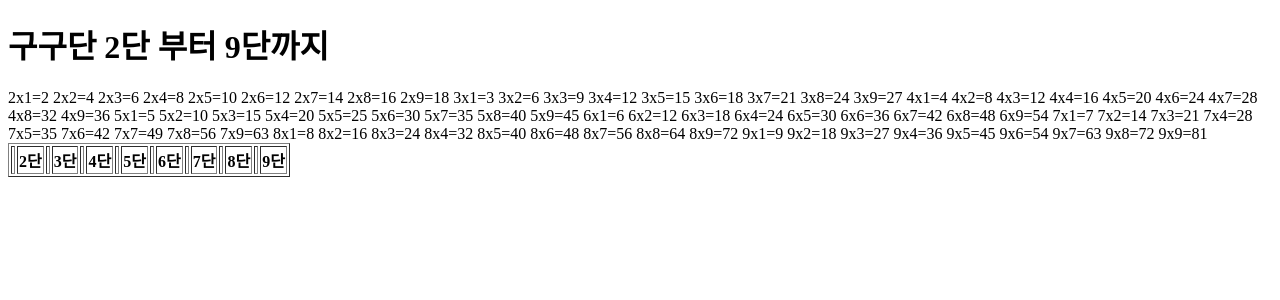
Repository: hyeongu135-ui/Jsp2026
Page: http://localhost/chapter01/test02.jsp
An editor plug-in stored every save of this project. The page is shown before and after the next save, followed by the edit.
The browser window is 1280 px wide. The pictures show the whole page.
The page is served by Tomcat 9.

Above is the page before, as saved 2026-10-16 04:27:10.

After the next save:
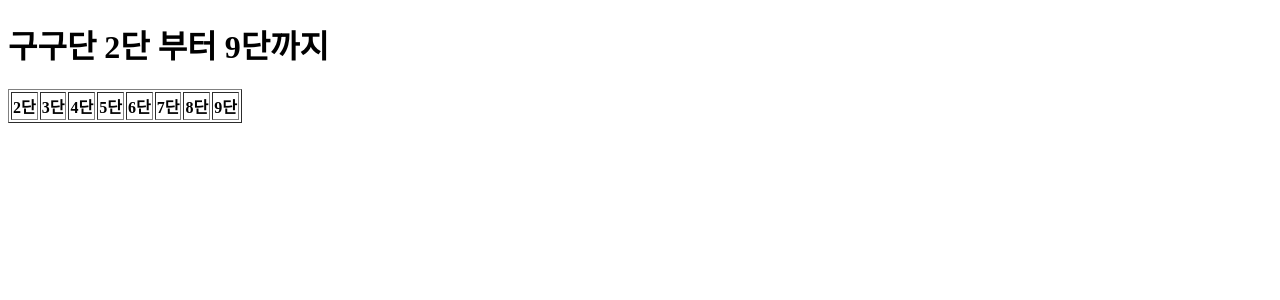
Saved 3 min 33 s later.
--- a/chapter01/src/main/webapp/test02.jsp
+++ b/chapter01/src/main/webapp/test02.jsp
@@ -11,20 +11,21 @@
 	<table border = 1px>
 		<tr>
 			<%for (int i = 2; i < 10; i++) {%>
-			<td>
 			<th><%=i + "단"%></th>
+			<%} %>
+		</tr>
 
 
 
 
-		<%for (int j = 1; j < 10; j++) {
-			int sum = (i * j);%>
-
-			<%=i + "x" + j + "=" + sum%>
-
-		<%}%></td>
-
-		<%}%></tr>
+		<% for(int i =1 ; i<=0; i++){%>
+		<tr>
+		<% for(int j=2; j<=9; j++){
+			%>
+			<td><%= j%>*<%= i%><%=i*j%></td>
+		<%}%>
+		</tr>
+		<%}%>
 	</table>
 </body>
 </html>
